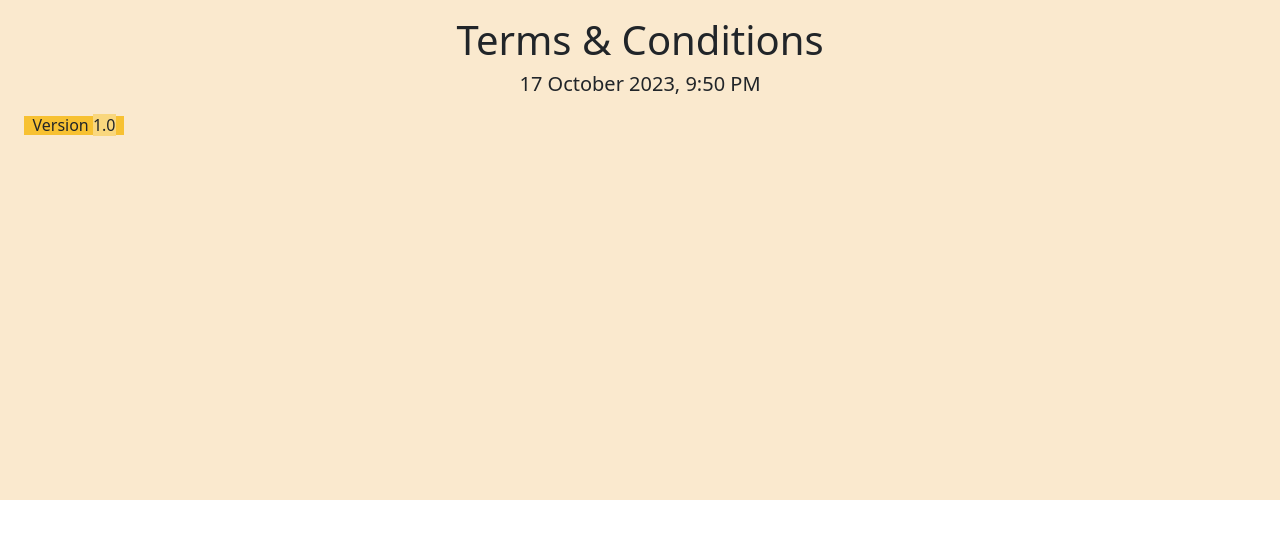
Repository: injectGroup/github.io
Page: terms.html
These files come from the project's save history. The page is drawn as it stood at one moment and after the next save; the edit follows.
The browser window is 1280 px wide. The pictures show the whole page.

Above is the page before, as saved 2023-11-29 14:25:05.

After the next save:
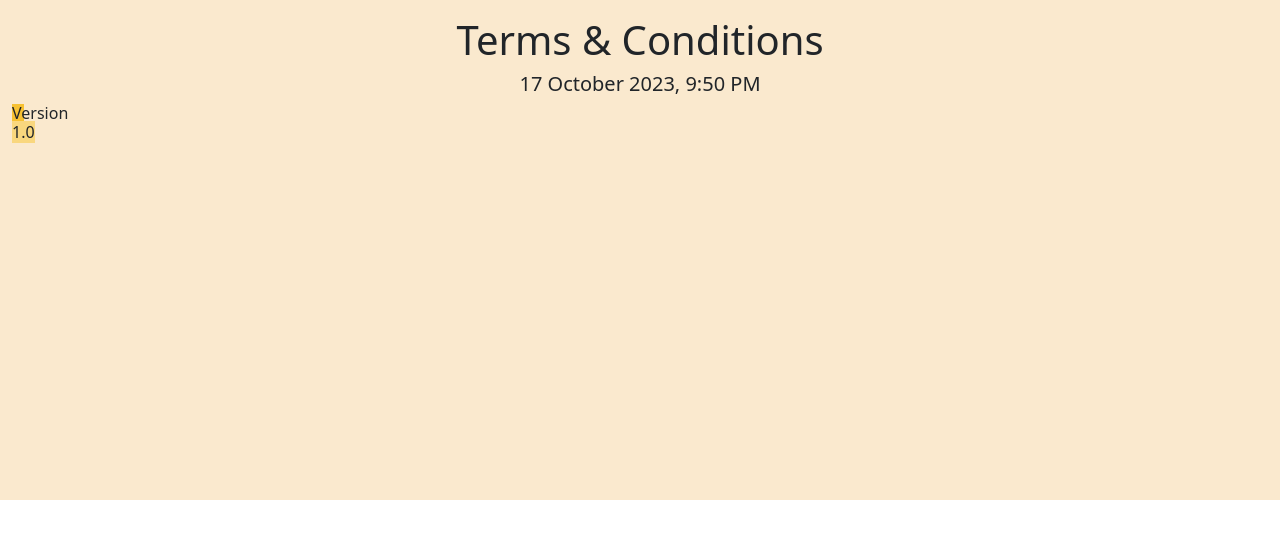
Saved 19 s later.
--- a/gouldwalletlegal/css/gouldcustom.css
+++ b/gouldwalletlegal/css/gouldcustom.css
@@ -23,7 +23,7 @@
 .version {
     width: 100px;
     background-color: #F7C132;
-    margin: 12px;
+    width: 12px;
 
 
 }
